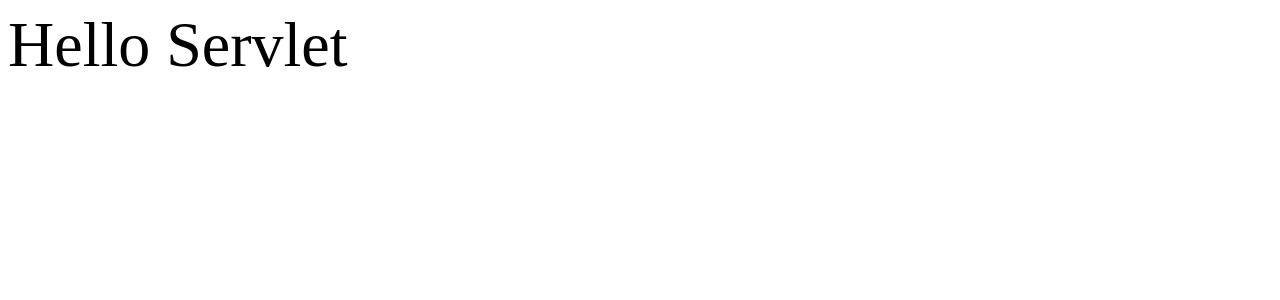
Repository: ThantLwinSoe/Servlet
Page: 01-Communication/src/main/webapp/index.html
These files come from the project's save history. The page is drawn as it stood at one moment and after the next save; the edit follows.
The browser window is 1280 px wide. The pictures show the whole page.

Above is the page before, as saved 2023-02-06 03:08:29.

### 01-Communication/src/main/webapp/index.html
<!DOCTYPE html>
<html>
<head>
<meta charset="UTF-8">
<style>
	h {
		font-size: 4em;
	}
</style>
<title>Servlet Communication</title>
</head>
<body>
	<h>Hello Servlet</h>
</body>
</html>

After the next save:
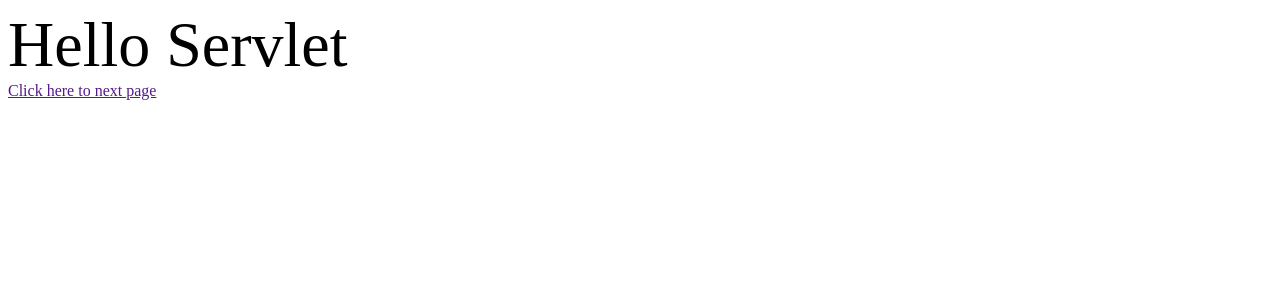
Saved 34 s later.
--- a/01-Communication/src/main/webapp/index.html
+++ b/01-Communication/src/main/webapp/index.html
@@ -11,5 +11,8 @@
 </head>
 <body>
 	<h>Hello Servlet</h>
+	<div>
+		<a href="">Click here to next page</a>
+	</div>
 </body>
 </html>
